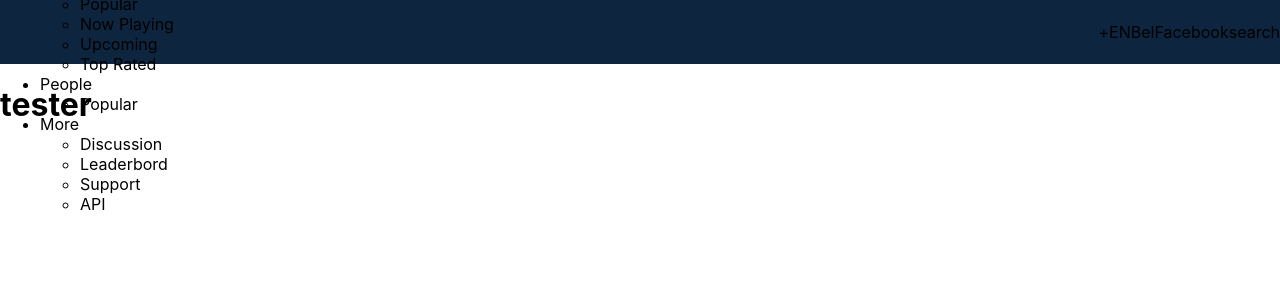
Repository: Fauzaanmhmd/qnpTesFrontend
Page: /
An editor plug-in stored every save of this project. The page is shown before and after the next save, followed by the edit.
The browser window is 1280 px wide. The pictures show the whole page.
Pictures or frames that could not be fetched are drawn as grey boxes. The page's requests for data from a server got no answer. The project was rebuilt for these pictures with package versions that can differ from the ones it lists, and the page was loaded fresh each time. The framework's server and built-in components were replaced by stand-ins that run in the browser. No one was signed in, and anything a server would have sent is missing. Also part of the build but not shown: next.config.js, styles/Moviecard.module.scss, pages/components/Moviecard.tsx.

Above is the page before, as saved 2022-03-17 13:02:13.

After the next save:
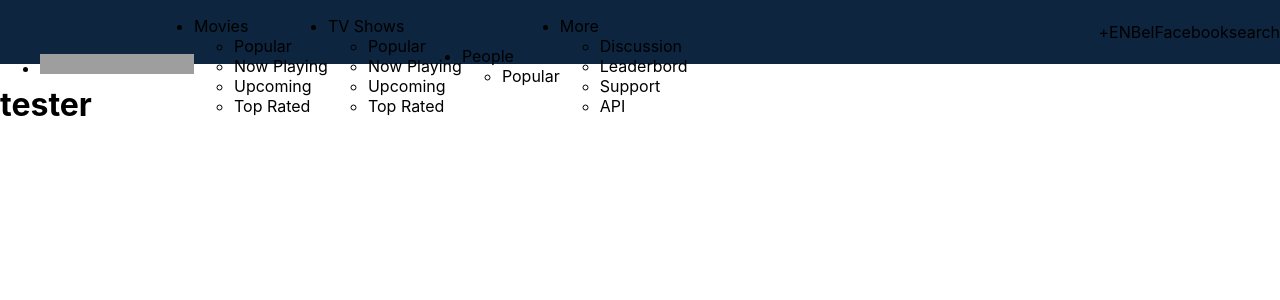
Saved 3 min 31 s later.
--- a/pages/components/Navbar.tsx
+++ b/pages/components/Navbar.tsx
@@ -3,8 +3,8 @@
 const Navbar = () => {
     return (
         <div className={styles.Navbar}>
-            <div className={styles.NavbarItem}>
-                <ul>
+            <div>
+                <ul className={styles.NavbarItem}>
                     <li><img src="https://www.themoviedb.org/assets/2/v4/logos/v2/blue_short-8e7b30f73a4020692ccca9c88bafe5dcb6f8a62a4c6bc55cd9ba82bb2cd95f6c.svg" /></li>
                     <li><a>Movies</a>
                         <div>
